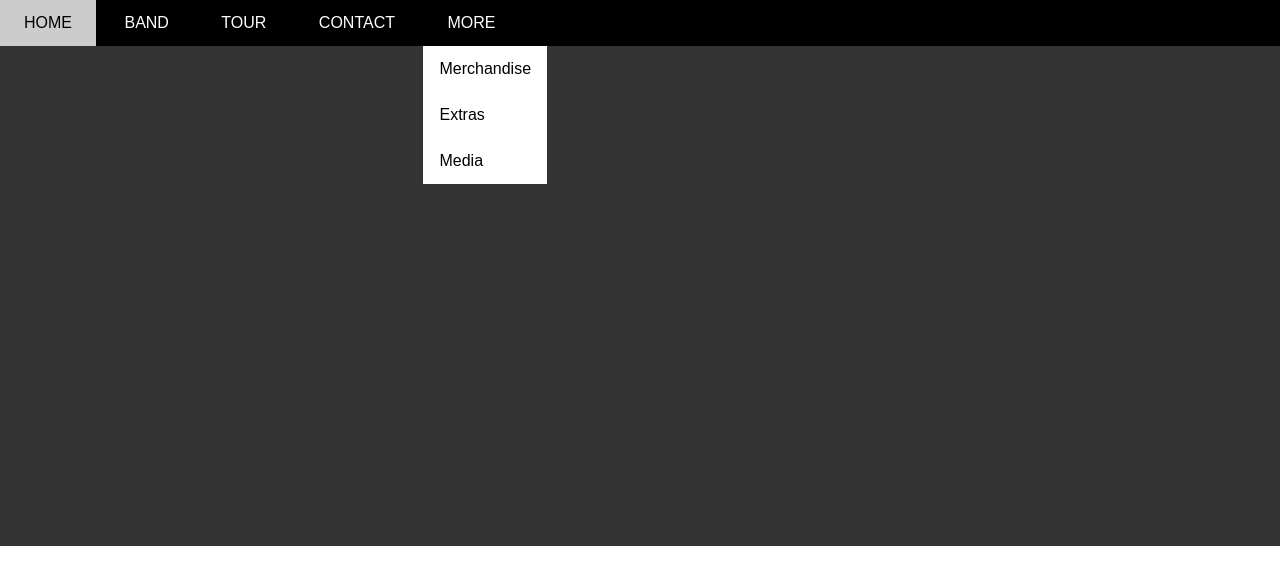
Repository: minhnguyennn/w3_band_music
Page: index.html
These files come from the project's save history. The page is drawn as it stood at one moment and after a run of saves; the edit follows.
The browser window is 1280 px wide. The pictures show the whole page.

Above is the page before, as saved 2023-02-17 18:15:50.

### index.html
<!DOCTYPE html>
<html lang="en">
<head>
    <meta charset="UTF-8">
    <meta http-equiv="X-UA-Compatible" content="IE=edge">
    <meta name="viewport" content="width=device-width, initial-scale=1.0">
    <title>Document</title>
    <link rel="stylesheet" href="./assets/css/style.css">
</head>
<body>
    <div id="main">
        <div id="header">
            <ul id="nav">
                <li><a href="">Home</a></li>
                <li><a href="">Band</a></li>
                <li><a href="">Tour</a></li>
                <li><a href="">Contact</a></li>
                <li>
                    <a href="">More</a>
                    <ul class="subnav">
                        <li><a href="">Merchandise</a></li>
                        <li><a href="">Extras</a></li>
                        <li><a href="">Media</a></li>
                    </ul>
                </li>
            </ul>
        </div>

        <div id="slider">

        </div>

        <div id="content">

        </div>

        <div id="footer">

        </div>

    </div>
</body>
</html>

### assets/css/style.css
/* Reset CSS */
* {
   padding: 0;
   margin: 0;
   box-sizing: border-box;
}

html {
   font-family: Arial, Helvetica, sans-serif;
}

#main {
}

#header {
   height: 46px;
   background-color: #000;
}

#nav,
.subnav {
   list-style-type: none;
}

#nav > li {
   display: inline-block;
}

#nav li {
   position: relative;
}

#nav > li > a {
   color: #fff;
   text-transform: uppercase;
   padding: 0 24px;
}

#nav li a {
   text-decoration: none;
   line-height: 46px;
   display: inline-block;
}

#nav > li:hover > a {
   color: #000;
   background-color: #ccc;
}

#nav .subnav {
   /* display: none; */
   position: absolute;
   background-color: #fff;
}

#nav .subnav a {
   color: #000;
   padding: 0 16px;
}

#nav .subnav li:hover {
   background-color: #ccc;
}

#slider {
   min-height: 500px;
   background-color: #333;
}

#content {
}

#footer {
}

After the next 3 saves:
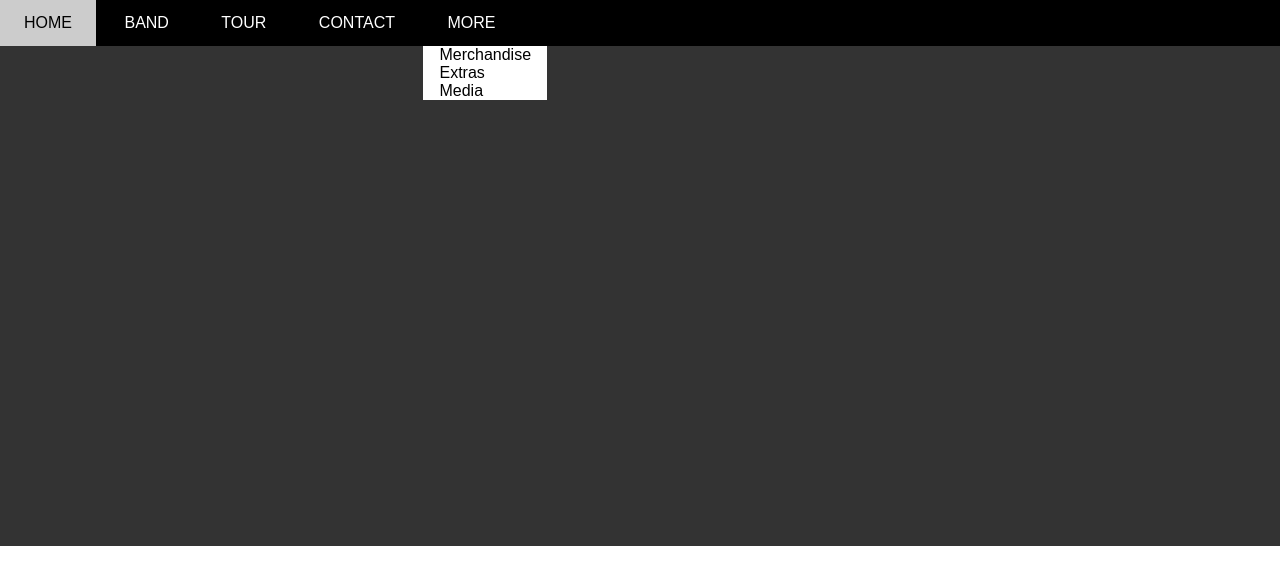
The 3 saves are shown as one change because they came seconds apart.
The last was saved 62 s later.
--- a/assets/css/style.css
+++ b/assets/css/style.css
@@ -34,11 +34,11 @@
    color: #fff;
    text-transform: uppercase;
    padding: 0 24px;
+   line-height: 46px;
 }
 
 #nav li a {
    text-decoration: none;
-   line-height: 46px;
    display: inline-block;
 }
 
